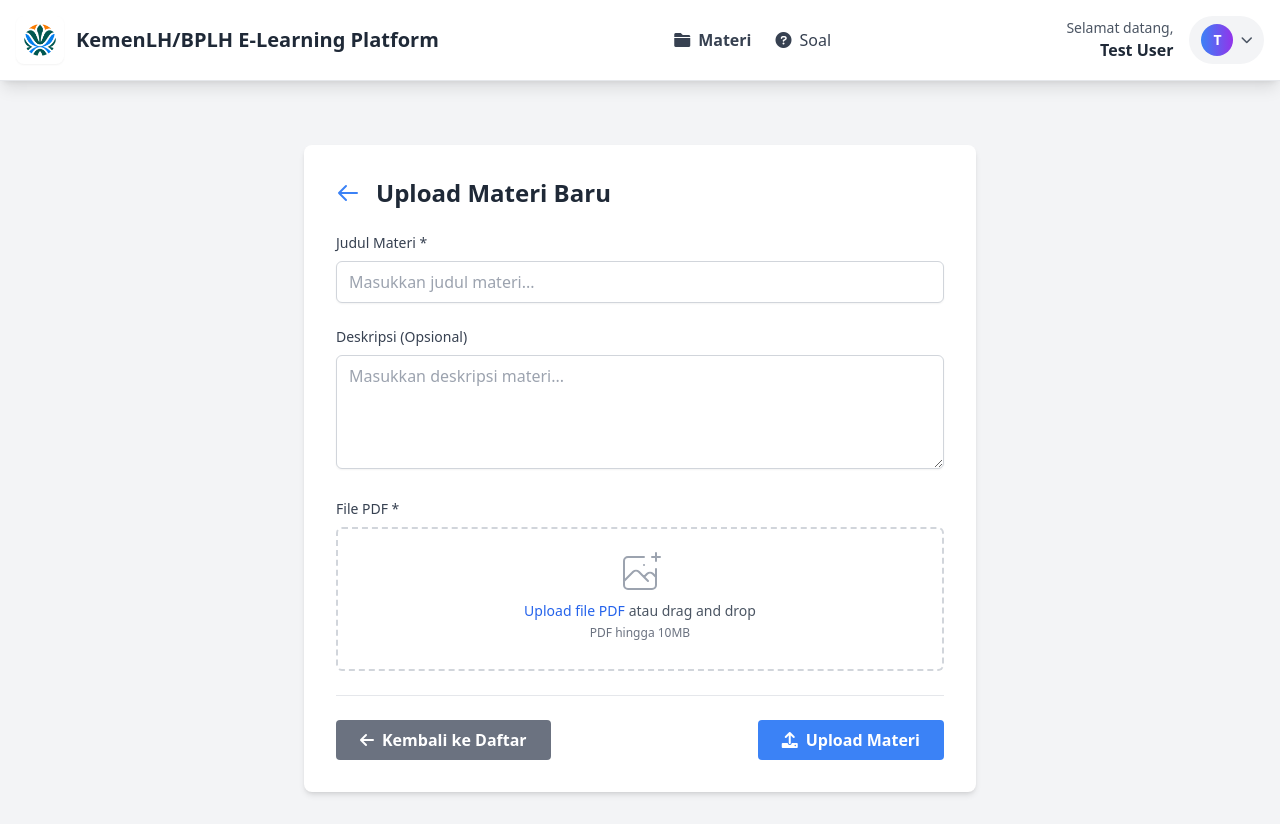
Repository: Autofat/LMS-MOOC
Page: http://localhost/materials/create
An editor plug-in stored every save of this project. The page is shown before and after the next save, followed by the edit.
The browser window is 1280 px wide. The pictures show the whole page.
Some web libraries are served in a nearby version. The page is served by the project's Laravel application, run on PHP 8.4 with Laravel 12. A made-up administrator, Test User (test@example.com), is signed in. Other server files are loaded and not shown.

Above is the page before, as saved 2025-08-01 10:52:02.

### routes/web.php
<?php

use Illuminate\Support\Facades\Route;
use Illuminate\Support\Facades\Auth;
use Illuminate\Support\Facades\Http;
use App\Http\Controllers\QuestionController;
use App\Http\Controllers\MaterialController;
use App\Http\Controllers\AuthController;

// Root redirect to login
Route::get('/', function () {
    // Force logout and clear session
    Auth::logout();
    session()->flush();
    session()->regenerate();

    return redirect()->route('login');
});

// Authentication Routes
Route::get('/login', [AuthController::class, 'showLoginForm'])->name('login');
Route::post('/login', [AuthController::class, 'login']);
Route::get('/register', [AuthController::class, 'showRegisterForm'])->name('register');
Route::post('/register', [AuthController::class, 'register']);
Route::post('/logout', [AuthController::class, 'logout'])->name('logout');

// Temporary route to clear session
Route::get('/clear-session', function () {
    Auth::logout();
    session()->flush();
    session()->regenerate();
    return redirect()->route('login')->with('success', 'Session cleared. Please login again.');
});

// Test route to check auth status
Route::get('/test-auth', function () {
    return response()->json([
        'auth_check' => Auth::check(),
        'user' => Auth::user(),
        'session_id' => session()->getId(),
        'session_data' => session()->all()
    ]);
});

// Protected Routes (require authentication)
Route::middleware(['auth'])->group(function () {

    // Debug route for testing n8n connection
    Route::get('/test-n8n-connection', function () {
        try {
            $testData = [
                'action' => 'test_connection',
                'timestamp' => now()->toISOString(),
                'message' => 'Laravel connection test'
            ];

            $n8nUrl = env('N8N_GENERATE_QUESTIONS_URL', 'http://localhost:5678/webhook/generate-questions');

            $response = Http::timeout(120)
                ->retry(2, 100)
                ->withOptions([
                    'verify' => false,
                    'allow_redirects' => true,
                    'http_errors' => false
                ])
                ->post($n8nUrl, $testData);

            return response()->json([
                'success' => true,
                'message' => 'n8n connection test completed',
                'url' => $n8nUrl,
                'request_data' => $testData,
                'response' => [
                    'status' => $response->status(),
                    'headers' => $response->headers(),
                    'body' => $response->body(),
                    'successful' => $response->successful()
                ]
            ]);

        } catch (\Exception $e) {
            return response()->json([
                'success' => false,
                'error' => $e->getMessage(),
                'error_class' => get_class($e)
            ], 500);
        }
    })->name('test.n8n.connection');

    // Material Routes
    Route::get('/materials', [MaterialController::class, 'index'])->name('materials.index');
    Route::get('/materials/create', [MaterialController::class, 'create'])->name('materials.create');
    Route::post('/materials', [MaterialController::class, 'store'])->name('materials.store');
    Route::get('/materials/{id}', [MaterialController::class, 'show'])->name('materials.show');
    Route::get('/materials/{id}/edit', [MaterialController::class, 'edit'])->name('materials.edit');
    Route::put('/materials/{id}', [MaterialController::class, 'update'])->name('materials.update');
    Route::delete('/materials/{id}', [MaterialController::class, 'destroy'])->name('materials.destroy');
    Route::get('/materials/{id}/download', [MaterialController::class, 'download'])->name('materials.download');
    Route::get('/materials/{id}/questions', [MaterialController::class, 'questions'])->name('materials.questions');

    // Generate Questions with n8n
    Route::post('/materials/{id}/generate-questions', [MaterialController::class, 'generateQuestions'])->name('materials.generate-questions');
    Route::post('/materials/{id}/generate-questions-async', [MaterialController::class, 'generateQuestionsAsync'])->name('materials.generate-questions-async');
    Route::get('/materials/{id}/test-n8n', [MaterialController::class, 'testN8nConnection'])->name('materials.test-n8n');

    // Form Manual Input
    Route::get('/questions/create', [QuestionController::class, 'create'])->name('questions.create');
    Route::post('/questions', [QuestionController::class, 'store'])->name('questions.store');

    // Manage and Edit Questions
    Route::get('/questions/manage', [QuestionController::class, 'manage'])->name('questions.manage');
    Route::get('/questions/{id}/edit', [QuestionController::class, 'edit'])->name('questions.edit');
    Route::put('/questions/{id}', [QuestionController::class, 'update'])->name('questions.update');
    Route::delete('/questions/{id}', [QuestionController::class, 'destroy'])->name('questions.destroy');
});

### resources/views/materials/create.blade.php
<!DOCTYPE html>
<html lang="en">

<head>
    <meta charset="UTF-8">
    <meta name="viewport" content="width=device-width, initial-scale=1.0">
    <title>Upload Materi Baru - KemenLH/BPLH E-Learning Platform</title>
    <script src="https://cdn.tailwindcss.com"></script>
    <link href="https://cdnjs.cloudflare.com/ajax/libs/font-awesome/6.0.0/css/all.min.css" rel="stylesheet">
</head>

<body class="bg-gray-100 min-h-screen">
    <!-- Include Navbar Component -->
    @include('components.navbar')

    <div class="container mx-auto px-4 py-8">
        <div class="max-w-2xl mx-auto">
            <div class="bg-white rounded-lg shadow-md p-8">
                <!-- Header sederhana -->
                <div class="flex items-center mb-6">
                    <a href="{{ route('materials.index') }}"
                       class="text-blue-500 hover:text-blue-700 mr-4"
                       title="Kembali ke Daftar Materi">
                        <svg class="w-6 h-6" fill="none" stroke="currentColor" viewBox="0 0 24 24">
                            <path stroke-linecap="round" stroke-linejoin="round" stroke-width="2"
                                d="M10 19l-7-7m0 0l7-7m-7 7h18"></path>
                        </svg>
                    </a>
                    <h1 class="text-2xl font-bold text-gray-800">Upload Materi Baru</h1>
                </div>

                @if ($errors->any())
                    <div class="bg-red-100 border border-red-400 text-red-700 px-4 py-3 rounded mb-6">
                        <ul class="list-disc list-inside">
                            @foreach ($errors->all() as $error)
                                <li>{{ $error }}</li>
                            @endforeach
                        </ul>
                    </div>
                @endif

                <form action="{{ route('materials.store') }}" method="POST" enctype="multipart/form-data"
                    class="space-y-6">
                    @csrf

                    <!-- Title -->
                    <div>
                        <label for="title" class="block text-sm font-medium text-gray-700 mb-2">
                            Judul Materi *
                        </label>
                        <input type="text" id="title" name="title" value="{{ old('title') }}" required
                            class="w-full px-3 py-2 border border-gray-300 rounded-md shadow-sm focus:outline-none focus:ring-2 focus:ring-blue-500 focus:border-transparent"
                            placeholder="Masukkan judul materi...">
                    </div>

                    <!-- Description -->
                    <div>
                        <label for="description" class="block text-sm font-medium text-gray-700 mb-2">
                            Deskripsi (Opsional)
                        </label>
                        <textarea id="description" name="description" rows="4"
                            class="w-full px-3 py-2 border border-gray-300 rounded-md shadow-sm focus:outline-none focus:ring-2 focus:ring-blue-500 focus:border-transparent"
                            placeholder="Masukkan deskripsi materi...">{{ old('description') }}</textarea>
                    </div>

                    <!-- PDF File -->
                    <div>
                        <label for="pdf_file" class="block text-sm font-medium text-gray-700 mb-2">
                            File PDF *
                        </label>
                        <div
                            class="mt-1 flex justify-center px-6 pt-5 pb-6 border-2 border-gray-300 border-dashed rounded-md hover:border-gray-400 transition-colors">
                            <div class="space-y-1 text-center">
                                <svg class="mx-auto h-12 w-12 text-gray-400" stroke="currentColor" fill="none"
                                    viewBox="0 0 48 48">
                                    <path
                                        d="M28 8H12a4 4 0 00-4 4v20m32-12v8m0 0v8a4 4 0 01-4 4H12a4 4 0 01-4-4v-4m32-4l-3.172-3.172a4 4 0 00-5.656 0L28 28M8 32l9.172-9.172a4 4 0 015.656 0L28 28m0 0l4 4m4-24h8m-4-4v8m-12 4h.02"
                                        stroke-width="2" stroke-linecap="round" stroke-linejoin="round" />
                                </svg>
                                <div class="flex text-sm text-gray-600">
                                    <label for="pdf_file"
                                        class="relative cursor-pointer bg-white rounded-md font-medium text-blue-600 hover:text-blue-500 focus-within:outline-none focus-within:ring-2 focus-within:ring-offset-2 focus-within:ring-blue-500">
                                        <span>Upload file PDF</span>
                                        <input id="pdf_file" name="pdf_file" type="file" class="sr-only"
                                            accept=".pdf" required onchange="updateFileName(this)">
                                    </label>
                                    <p class="pl-1">atau drag and drop</p>
                                </div>
                                <p class="text-xs text-gray-500">PDF hingga 10MB</p>
                                <p id="file-name" class="text-sm text-gray-700 font-medium"></p>
                            </div>
                        </div>
                    </div>

                    <!-- Submit Buttons -->
                    <div class="flex justify-between items-center pt-6 border-t">
                        <a href="{{ route('materials.index') }}"
                            class="bg-gray-500 hover:bg-gray-600 text-white font-bold py-2 px-6 rounded transition-colors">
                            <i class="fas fa-arrow-left mr-2"></i>Kembali ke Daftar
                        </a>
                        <button type="submit"
                            class="bg-blue-500 hover:bg-blue-600 text-white font-bold py-2 px-6 rounded transition-colors">
                            <i class="fas fa-upload mr-2"></i>Upload Materi
                        </button>
                    </div>
                </form>
            </div>
        </div>
    </div>

    <script>
        function updateFileName(input) {
            const fileNameElement = document.getElementById('file-name');
            if (input.files && input.files[0]) {
                fileNameElement.textContent = input.files[0].name;
            } else {
                fileNameElement.textContent = '';
            }
        }
    </script>
</body>

</html>

### resources/views/components/navbar.blade.php
<!-- Navigation Bar -->
<nav class="bg-white shadow-lg border-b border-gray-200 mb-8">
    <div class="container mx-auto px-4">
        <div class="flex justify-between items-center py-4">
            <!-- Logo/Brand -->
            <div class="flex items-center space-x-3">
                <div class="bg-white p-2 rounded-lg shadow-sm">
                    <img src="{{ asset('images/kemenlh-logo.png') }}" alt="KemenLH/BPLH Logo" class="w-8 h-8 object-contain">
                </div>
                <div>
                    <h1 class="text-xl font-bold text-gray-800">KemenLH/BPLH E-Learning Platform</h1>
                </div>
            </div>

            <!-- Navigation Links -->
            <div class="hidden md:flex items-center space-x-6">
                <a href="{{ route('materials.index') }}"
                   class="flex items-center space-x-2 text-gray-700 hover:text-blue-600 transition-colors {{ request()->routeIs('materials.*') ? 'text-blue-600 font-semibold' : '' }}">
                    <i class="fas fa-folder"></i>
                    <span>Materi</span>
                </a>
                <a href="{{ route('questions.manage') }}"
                   class="flex items-center space-x-2 text-gray-700 hover:text-blue-600 transition-colors {{ request()->routeIs('questions.*') ? 'text-blue-600 font-semibold' : '' }}">
                    <i class="fas fa-question-circle"></i>
                    <span>Soal</span>
                </a>
            </div>

            <!-- User Menu -->
            <div class="flex items-center space-x-4">
                <!-- Welcome Message -->
                <div class="hidden lg:block text-right">
                    <p class="text-sm text-gray-600">Selamat datang,</p>
                    <p class="font-semibold text-gray-800">{{ Auth::user()->name }}</p>
                </div>

                <!-- User Avatar -->
                <div class="relative">
                    <button id="userMenuButton" class="flex items-center space-x-2 bg-gray-100 hover:bg-gray-200 rounded-full px-3 py-2 transition-colors">
                        <div class="w-8 h-8 bg-gradient-to-r from-blue-500 to-purple-600 rounded-full flex items-center justify-center text-white font-semibold text-sm">
                            {{ strtoupper(substr(Auth::user()->name, 0, 1)) }}
                        </div>
                        <i class="fas fa-chevron-down text-gray-600 text-xs"></i>
                    </button>

                    <!-- Dropdown Menu -->
                    <div id="userDropdown" class="hidden absolute right-0 mt-2 w-48 bg-white border border-gray-200 rounded-lg shadow-lg z-50">
                        <div class="py-2">
                            <div class="px-4 py-2 border-b border-gray-100">
                                <p class="text-sm font-semibold text-gray-800">{{ Auth::user()->name }}</p>
                                <p class="text-xs text-gray-600">{{ Auth::user()->email }}</p>
                            </div>
                            <a href="{{ route('materials.index') }}" class="block px-4 py-2 text-sm text-gray-700 hover:bg-gray-100 transition-colors">
                                <i class="fas fa-folder mr-2"></i>Dashboard
                            </a>
                            <a href="{{ route('test.n8n.connection') }}" class="block px-4 py-2 text-sm text-gray-700 hover:bg-gray-100 transition-colors">
                                <i class="fas fa-plug mr-2"></i>Test n8n
                            </a>
                            <div class="border-t border-gray-100 mt-2 pt-2">
                                <form method="POST" action="{{ route('logout') }}" class="block">
                                    @csrf
                                    <button type="submit" class="w-full text-left px-4 py-2 text-sm text-red-600 hover:bg-red-50 transition-colors">
                                        <i class="fas fa-sign-out-alt mr-2"></i>Logout
                                    </button>
                                </form>
                            </div>
                        </div>
                    </div>
                </div>
            </div>

            <!-- Mobile Menu Button -->
            <div class="md:hidden">
                <button id="mobileMenuButton" class="text-gray-700 hover:text-blue-600 transition-colors">
                    <i class="fas fa-bars text-xl"></i>
                </button>
            </div>
        </div>

        <!-- Mobile Menu -->
        <div id="mobileMenu" class="hidden md:hidden border-t border-gray-200 py-4">
            <div class="space-y-2">
                <a href="{{ route('materials.index') }}" class="block py-2 text-gray-700 hover:text-blue-600 transition-colors {{ request()->routeIs('materials.*') ? 'text-blue-600 font-semibold' : '' }}">
                    <i class="fas fa-folder mr-2"></i>Materi
                </a>
                <a href="{{ route('questions.manage') }}" class="block py-2 text-gray-700 hover:text-blue-600 transition-colors {{ request()->routeIs('questions.*') ? 'text-blue-600 font-semibold' : '' }}">
                    <i class="fas fa-question-circle mr-2"></i>Soal
                </a>
                <a href="{{ route('test.n8n.connection') }}" class="block py-2 text-gray-700 hover:text-blue-600 transition-colors">
                    <i class="fas fa-plug mr-2"></i>Test n8n
                </a>
                <div class="border-t border-gray-200 pt-2 mt-2">
                    <form method="POST" action="{{ route('logout') }}">
                        @csrf
                        <button type="submit" class="w-full text-left py-2 text-red-600 hover:text-red-800 transition-colors">
                            <i class="fas fa-sign-out-alt mr-2"></i>Logout
                        </button>
                    </form>
                </div>
            </div>
        </div>
    </div>
</nav>

<!-- Success/Error Messages -->
@if(session('success'))
    <div id="successMessage" class="container mx-auto px-4 mb-6">
        <div class="bg-green-100 border border-green-400 text-green-700 px-4 py-3 rounded-lg shadow-sm transition-opacity duration-500">
            <div class="flex items-center">
                <i class="fas fa-check-circle mr-2"></i>
                {{ session('success') }}
            </div>
        </div>
    </div>
@endif

@if(session('error'))
    <div id="errorMessage" class="container mx-auto px-4 mb-6">
        <div class="bg-red-100 border border-red-400 text-red-700 px-4 py-3 rounded-lg shadow-sm transition-opacity duration-500">
            <div class="flex items-center">
                <i class="fas fa-exclamation-circle mr-2"></i>
                {{ session('error') }}
            </div>
        </div>
    </div>
@endif

@if(session('info'))
    <div id="infoMessage" class="container mx-auto px-4 mb-6">
        <div class="bg-blue-100 border border-blue-400 text-blue-700 px-4 py-3 rounded-lg shadow-sm transition-opacity duration-500">
            <div class="flex items-center">
                <i class="fas fa-info-circle mr-2"></i>
                {{ session('info') }}
            </div>
        </div>
    </div>
@endif

<script>
document.addEventListener('DOMContentLoaded', function() {
    // Auto-hide session messages after 4 seconds
    function autoHideMessage(messageId) {
        const messageElement = document.getElementById(messageId);
        if (messageElement) {
            setTimeout(() => {
                messageElement.style.opacity = '0';
                setTimeout(() => {
                    messageElement.remove();
                }, 500); // Wait for fade out transition
            }, 4000); // Hide after 4 seconds
        }
    }

    // Apply auto-hide to all message types
    autoHideMessage('successMessage');
    autoHideMessage('errorMessage');
    autoHideMessage('infoMessage');

    // User menu dropdown
    const userMenuButton = document.getElementById('userMenuButton');
    const userDropdown = document.getElementById('userDropdown');

    userMenuButton.addEventListener('click', function() {
        userDropdown.classList.toggle('hidden');
    });

    // Close dropdown when clicking outside
    document.addEventListener('click', function(event) {
        if (!userMenuButton.contains(event.target) && !userDropdown.contains(event.target)) {
            userDropdown.classList.add('hidden');
        }
    });

    // Mobile menu
    const mobileMenuButton = document.getElementById('mobileMenuButton');
    const mobileMenu = document.getElementById('mobileMenu');

    mobileMenuButton.addEventListener('click', function() {
        mobileMenu.classList.toggle('hidden');
    });
});
</script>

Loaded but not shown: app/Models/User.php (common file); app/Http/Controllers/Controller.php (common file); app/Http/Controllers/MaterialController.php (772 lines, source omitted)

After the next save:
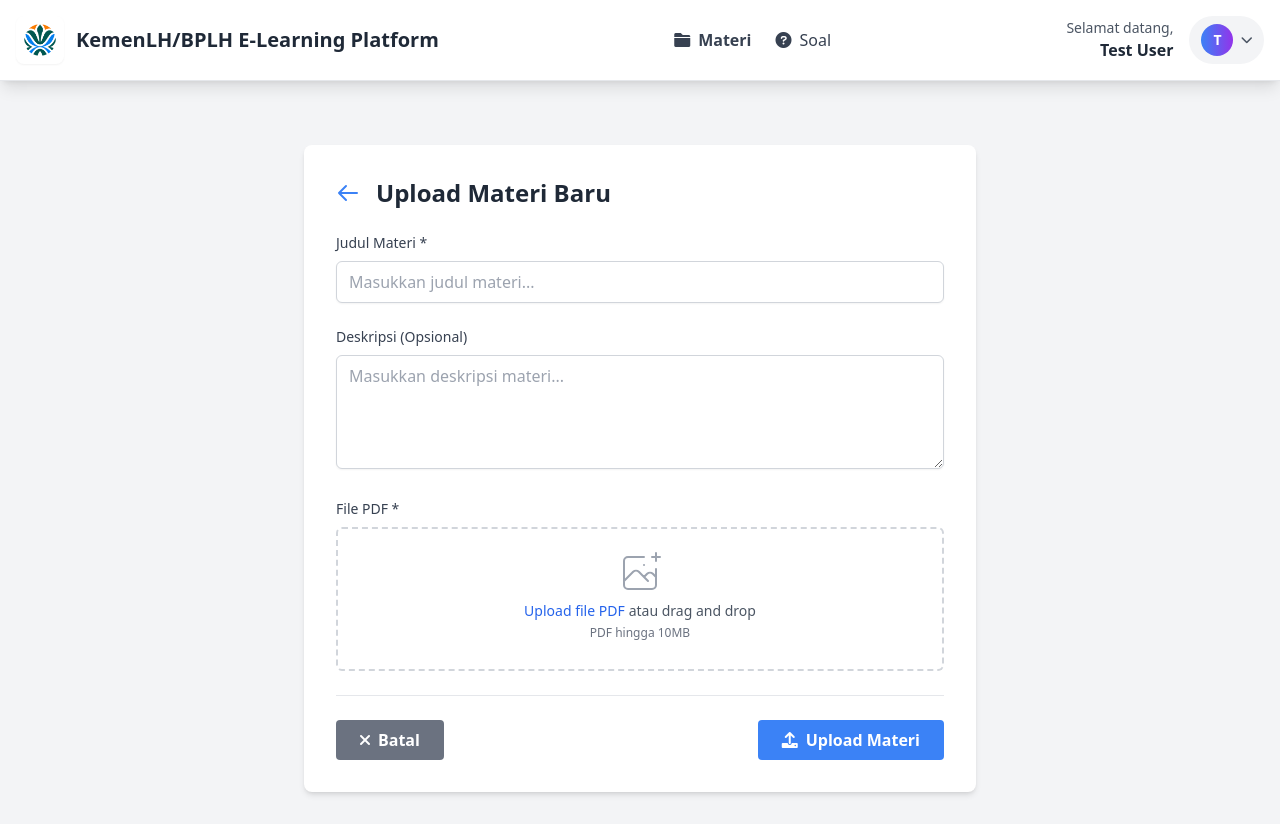
Saved 11 s later.
--- a/resources/views/materials/create.blade.php
+++ b/resources/views/materials/create.blade.php
@@ -96,7 +96,7 @@
                     <div class="flex justify-between items-center pt-6 border-t">
                         <a href="{{ route('materials.index') }}"
                             class="bg-gray-500 hover:bg-gray-600 text-white font-bold py-2 px-6 rounded transition-colors">
-                            <i class="fas fa-arrow-left mr-2"></i>Kembali ke Daftar
+                            <i class="fas fa-times mr-2"></i>Batal
                         </a>
                         <button type="submit"
                             class="bg-blue-500 hover:bg-blue-600 text-white font-bold py-2 px-6 rounded transition-colors">
